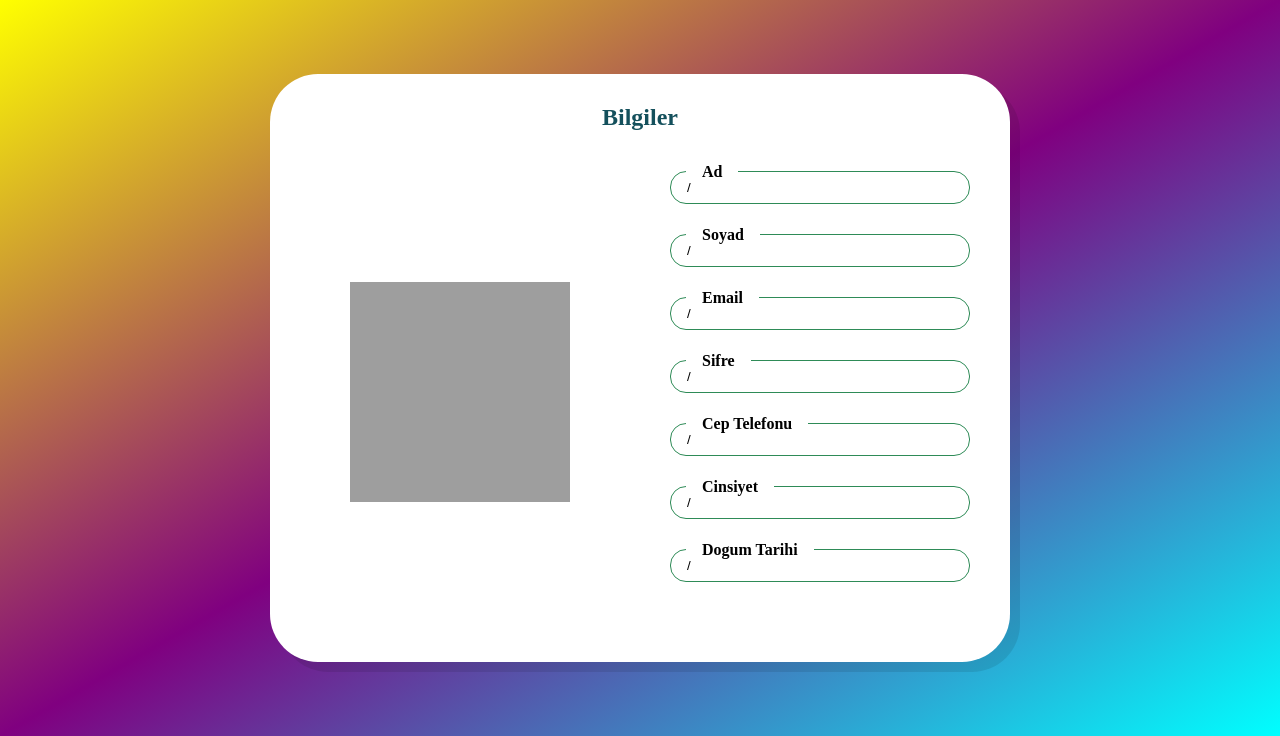
Repository: aenesyvz/web-programming-project
Page: http://localhost/test4/info.jsp
These files come from the project's save history. The page is drawn as it stood at one moment and after the next save; the edit follows.
The browser window is 1280 px wide. The pictures show the whole page.
Pictures or frames that could not be fetched are drawn as grey boxes. The page is served by Tomcat 9. Other server files are loaded and not shown.

Above is the page before, as saved 2023-05-11 05:01:22.

### test/test4/src/main/webapp/info.jsp
<%@ page language="java" contentType="text/html; charset=ISO-8859-1"
    pageEncoding="ISO-8859-1"%>
<!DOCTYPE html>
<html>
<head>
<meta charset="ISO-8859-1">
<title>Insert title here</title>
 <link rel="stylesheet" href="css/index.css">
</head>
<body>
<section>
    <div class="container">
       <h2 class="title">Bilgiler</h2>
       <div class="grid" style="display: grid;grid-template-columns:1fr 1fr;">
       		<div class="displayImage">
       		 <img src=${user.image}  class="displayImage" alt="" style="width: 220px;height: 220px;margin:0 auto; display: flex;align-items: center;	justify-content: center;"/>
       		</div>
          	<div class="form" >
                    <div class='formInput'>
                        <div class="form-label">Ad</div>
                        <div class='input-group'>
                            <input class="form__input" id="firstName" name="firstName" value=${user.firstName} />
                        </div>
                    </div>
                      <div class='formInput'>
                        <div class="form-label">Soyad</div>
                        <div class='input-group'>
                            <input class="form__input" name="lastName" value=${user.lastName} />
                        </div>
                    </div>

                     <div class='formInput'>
                        <div class="form-label">Email</div>
                        <div class='input-group'>
                            <input class="form__input" name="email" value=${user.email} />
                        </div>
                    </div>

                     <div class='formInput'>
                        <div class="form-label">Sifre</div>
                        <div class='input-group'>
                            <input class="form__input" name="password" value=${user.password} />
                        </div>
                    </div>

                    <div class='formInput'>
                        <div class="form-label">Cep Telefonu</div>
                        <div class='input-group'>
                            <input class="form__input" name="phoneNumber" value=${user.phoneNumber} />
                        </div>
                    </div>

                     <div class='formInput'>
                        <div class="form-label">Cinsiyet</div>
                        <div class='input-group'>
                            <input class="form__input" name="gender" value=${user.image} />
                        </div>
                    </div>

                     <div class='formInput'>
                        <div class="form-label">Dogum Tarihi</div>
                        <div class='input-group'>
                            <input class="form__input" name="birthOfDate" value=${user.dateOfBirth} />
                        </div>
                    </div>



                </div>

       </div>



    </div>
   </section>
</body>
</html>

### test/test4/src/main/webapp/css/index.css
* {
    box-sizing: border-box;
  }

  body {
    overflow-x: hidden;
    min-height: 100vh;
    display:flex;
	justify-content:center;
	align-items:center;
    background:
        linear-gradient(to left top, rgba(0, 255, 255, 1) 0%/*bottom-right color*/, rgba(255, 0, 255, 0.5) 50% /*middle color*/, rgba(255, 255, 0, 1) 100% /*top-left color*/),
        linear-gradient(rgba(0, 0, 0, 1), rgba(0, 0, 0, 1))/*"faked" black background make sure to add last or it will appear before the transparent/colored layer*/;
  }

   img{
    max-width: 100%;
    height: auto;
  }

  .grid{
  	display:grid;
  	grid-template-columns:1fr 1fr;
  }
  .container{
  	display:flex;
	justify-content:center;
	align-items:center;
	flex-direction:column;
	margin:auto;

    padding:20px 10px;
    background-color: #ffffff;
    box-shadow: 10px 10px rgba(0, 0, 0, 0.096);
    border-radius:3rem;
  }

.title{
	display:flex;
	justify-content:center;
	align-items:center;
	margin:10px  auto;
	color: hsl(190, 64%, 22%);
}
.displayImage{
	 display: flex;
    	align-items: center;
    	justify-content: center;

}

.form{
	margin:30px;
}
.formInput{
    display: flex;
    margin-bottom: 30px;
    align-items: center;
    justify-content: space-between;
    position: relative;

}
.form-label{
    padding: 0 1rem;
    background-color: white;
    font-size: 16px;
    font-weight: bold;
    text-transform: capitalize;
    position: absolute;
    z-index: 1;
    left: 1rem;
    top: -.5rem;
    text-align: left;
}

.input-group{
    position: relative;
    margin: auto 0;
}

.form__input{
    width: 300px;
    /* background-color: rgba(203, 201, 201,.9); */
    border: none;
    padding: .5rem 1rem;
    border-radius: 1rem;
    outline: none;
    border:1px solid seagreen;
    border-radius: 1rem;
}

.submitButton{
	display:flex;
	justify-content:center;
	align-items:center;
	padding:15px 25px;
	margin:0 auto;
	background-color:hsl(190, 64%, 22%);
	color:#ffffff;
	border:none;
	border-radius:2rem;
}

After the next save:
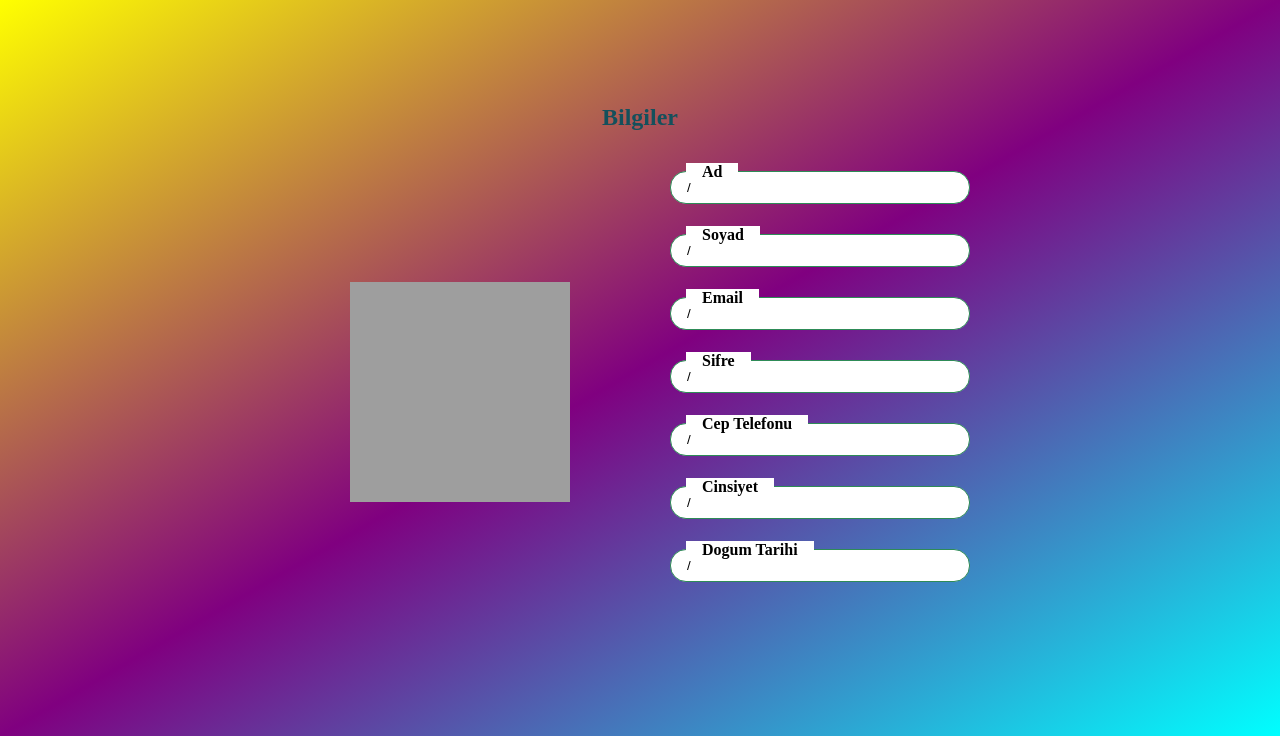
Saved 46 s later.
--- a/test/test4/src/main/webapp/info.jsp
+++ b/test/test4/src/main/webapp/info.jsp
@@ -9,7 +9,7 @@
 </head>
 <body>
 <section>
-    <div class="container">
+    <div class="container-info">
        <h2 class="title">Bilgiler</h2>
        <div class="grid" style="display: grid;grid-template-columns:1fr 1fr;">
        		<div class="displayImage">
